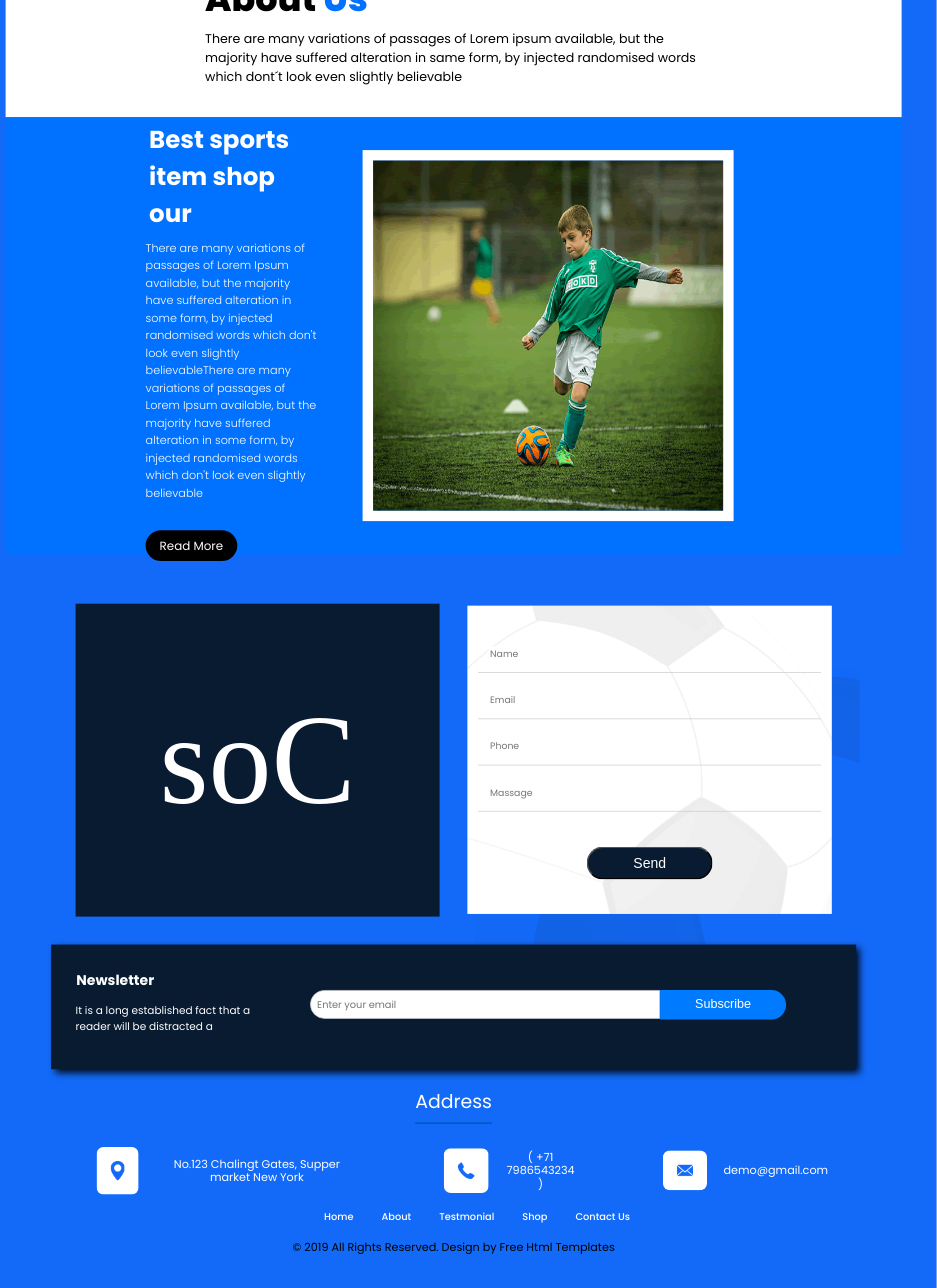
Repository: Vinicius9922/Projeto-Web
Page: index.html
The author's editor kept a copy of each file at every save. The page is drawn from the files as they stood at one save, then again after a run of saves.
The browser window is 1280 px wide. The page is 1338 px wide, so the pictures cover 1338 px, including what lies to the right of the window. The pictures show the part of the page from y = 1959 to 3799 px (the page is 3799 px tall), at 70% of full size.

Above is the page before, as saved 2024-12-13 20:19:25.

### index.html
<!DOCTYPE html>
<html>

<head>
    <meta charset="UTF-8">
    <meta name="viewport" content="width=device-width, initial-scale=1.0">
    <link rel="stylesheet" href="index.css">
    <link rel="preconnect" href="https://fonts.googleapis.com">
    <link rel="preconnect" href="https://fonts.gstatic.com" crossorigin>
    <link
        href="https://fonts.googleapis.com/css2?family=Lora:ital,wght@0,400..700;1,400..700&family=Poppins:ital,wght@0,100;0,200;0,300;0,400;0,500;0,600;0,700;0,800;0,900;1,100;1,200;1,300;1,400;1,500;1,600;1,700;1,800;1,900&display=swap"
        rel="stylesheet">
    <title>Index</title>
</head>

<body class="main-layout">
    <header>
        <div class="header">
            <div class="container">
                <div class="logo"><img src="img/logo.png" alt="logo"></div>
                <div class="navBar">
                    <nav>
                        <ul class="menuNav">
                            <li>HOME</li>
                            <li>ABOUT</li>
                            <li>TESTMONIAL</li>
                            <li>SHOP</li>
                            <li>CONTACT US</li>
                            <li><img id="lupa" src="img/search_icon.png"></li>
                        </ul>
                    </nav>
                </div>
            </div>
        </div>
    </header>
    <section>
        <div class="container">
            <div class="carroussel">
                <div class="textCarroussel">
                    <h1>Welcome to <strong class="color">Our Shop</strong></h1>
                    <p>There are many variations of passages of Lorem Ipsum available, but the majority have
                        suffered
                        alteration in some form, by injected humour</p>
                    <button class="botao-carrossel">Buy Now</button>
                    <button class="botao-carrossel">About</button>
                </div>
            </div>
            <div class="img-carroussel">
                <div>
                    <figure><img id="img-carroussel" src="img/boksing-gloves.png" alt="img" /></figure>
                </div>
            </div>
        </div>
    </section>

    <!-- aaaaaaaaaaaaaaa -->

    <div class="parte branca">
        <h1>Our <span>Products</span></h1>
        <p>There are many variations of passages of Lorem ipsum available, but the majority have suffered alteration in
            some form, by injected randomised words wich don't look even slightly believable</p>
    </div>

    <div class="container3">

        <div class="imagem1">
            <img src="img/basketball.png" alt="bola">
            <p>$<span class="valor">50</span></p>
            <p class="p1">Basket ball</p>
        </div>
        <div class="imagem2">
            <img src="img/t-shirt.png" alt="camiseta">
            <p>$<span class="valor">50</span></p>
            <p class="p1">T-shirt</p>
        </div>
        <div class="imagem3">
            <img src="img/game.png" alt="game">
            <p>$<span class="valor">50</span></p>
            <p class="p1">Game</p>
        </div>
        <div class="imagem4">
            <img src="img/basketball.png" alt="bola">
            <p>$<span class="valor">50</span></p>
            <p class="p1">Basket ball</p>
        </div>
        <div class="imagem5">
            <img src="img/t-shirt.png" alt="camiseta">
            <p>$<span class="valor">50</span></p>
            <p class="p1">T-shirt</p>
        </div>
        <div class="imagem6">
            <img src="img/game.png" alt="game">
            <p>$<span class="valor">50</span></p>
            <p class="p1">game</p>
        </div>

    </div>
    <div class="branca2">
        <h1> About <span>Us</span></h1>
        <p>There are many variations of passages of Lorem ipsum available, but the majority have suffered alteration in
            same form, by injected randomised words which dont´t look even slightly believable</p>
    </div>

    <div class="shield">
        <div class="texto-shield">
            <h1 class="textobranco">Best sports item shop our</h1>
            <p class="p2">There are many variations of passages of Lorem Ipsum available, but the majority have suffered
                alteration in some form, by injected randomised words which don't look even slightly believableThere are
                many variations of passages of Lorem Ipsum available, but the majority have suffered alteration in some
                form, by injected randomised words which don't look even slightly believable</p>

            <div class="btn_main">
                <a class="botao" href="#" role="button">Read More</a>
            </div>
        </div>
        <div class="child">
            <figure><img src="img/child-image.png">
            </figure>
        </div>
    </div>

    <!-- aaaaaaaaaaaaaaaaaaaa -->

    <div class="container2">
        <div class="formulario">
            <div class="box-left">
                <div class="soc">soC</div>
            </div>
            <div class="box-right">
                <form>
                    <div class="grupo-form">
                        <input type="text" class="form" placeholder="Name" name="Name">
                    </div>
                    <div class="grupo-form">
                        <input type="email" class="form" placeholder="Email" name="Email">
                    </div>
                    <div class="grupo-form">
                        <input type="text" class="form" placeholder="Phone" name="Phone">
                    </div>
                    <div class="grupo-form">
                        <input type="text" class="form" placeholder="Massage" name="mensagem">
                    </div>
                    <div class="send-button">
                        <button type="submit" class="botao-env">Send</button>
                    </div>
                </form>
            </div>
        </div>
        <div class="box-down">
            <div class="text-news">
                <h2 class="Newsletter">Newsletter</h2>
                <p class="text-newsletter">It is a long established fact that a reader will be distracted a</p>
            </div>
            <div class="email-news">
                <input type="email" class="news-email" placeholder="Enter your email" name="Email">
            </div>
            <div class="Subscribe">
                <button class="subs-button" type="Subscribe">Subscribe</button>
            </div>
        </div>



        <div class="footer">
            <div>
                <div>
                    <div>
                        <div class="titulo">
                            <h2 class="titulo_texto">Address</h2>
                        </div>
                    </div>
                </div>
            </div>
            <div class="endereco">
                <div>
                    <div class="icones">
                        <div class="site_info">
                            <div class="img-icon">
                                <span class="info_icon"><img src="img/map-icon.png" /></span>
                            </div>
                            <span>No.123 Chalingt Gates, Supper market New York</span>
                        </div>
                    </div>
                    <div class="icones">
                        <div class="site_info">
                            <div class="img-icon">
                                <span class="info_icon"><img src="img/phone-icon.png" /></span>
                            </div>
                            <span>( +71 7986543234 )</span>
                        </div>
                    </div>
                    <div class="icones">
                        <div class="site_info">
                            <div class="img-icon">
                                <span class="info_icon"><img src="img/email-icon.png" /></span>
                            </div>
                            <span>demo@gmail.com</span>
                        </div>
                    </div>
                </div>
            </div>

            <div class="menu_main">
                <div class="menu_text">
                    <ul>
                        <li>Home</li>
                        <li>About</li>
                        <li>Testmonial</li>
                        <li>Shop</li>
                        <li>Contact Us</li>
                    </ul>
                </div>
            </div>
        </div>
        <div class="last-info">
            <div class="trademark">
                <p>© 2019 All Rights Reserved. Design by Free Html Templates</p>
            </div>
        </div>
    </div>

</body>

</html>

### index.css
@import url('https://fonts.googleapis.com/css2?family=Lora:ital,wght@0,400..700;1,400..700&family=Poppins:ital,wght@0,100;0,200;0,300;0,400;0,500;0,600;0,700;0,800;0,900;1,100;1,200;1,300;1,400;1,500;1,600;1,700;1,800;1,900&display=swap');

body {
    width: 100%;
    font-family: Poppins, normal;
    background-color: #136af8;
    background: linear-gradient(to bottom, #136af8 90%, #081b30 90%, #081b30 90%, #136af8 90% );
}

header {
    background-color: #136af8;
    padding: 0px;
}

.container {
    display: flex;
    align-items: center;
    justify-content: space-between;
    margin: 40px 200px;
}

li:hover {
    text-decoration: underline;
    cursor: pointer;
    font-weight: bolder;
}

ul {
    color: white;
    list-style-type: none;
    display: flex;
    margin: 0;
    padding: 0;
    gap: 40px;
    font-weight: 500;
}

#lupa {
    margin-left: 20px;
}

.logo {
    margin-left: 60px;
}

section {
    background-color: #136af8;
    display: flex;
}

.textCarroussel {
    text-align: left;
    margin-left: 60px;
    padding-left: 15px;
}

.textCarroussel p,
strong {
    color: white;
}

.color {
    font-weight: bolder;
}

.textCarroussel h1 {
    font-family: Poppins;
    font-weight: bold;
    font-size: 65px;
    line-height: 74px;
    color: #081b30;
}

.textCarroussel p {
    font-size: 16px;
}

button {
    min-width: 180px;
    color: white;
    background-color: #081b30;
    padding: 10px 50px;
    border-radius: 30px;
    display: inline-block;
    font-size: 20px;
    margin-top: 40px;
    cursor: pointer;
}

button:hover {
    background-color: #032b58;
}

button+button {
    margin-left: 15px;
}

#img-carroussel {
    max-width: 110%;
    height: auto;
    display: block;
}


.parte.branca {
    background-color: white;
    text-align: center;
    padding: 40px 280px;
}

.parte.branca h1 {
    font-size: 50px;
    color: black;
    text-align: left;
    font-weight: 800;
    margin: 5px;
}

.parte.branca h1 span {
    color: #0072ff;

}

.parte.branca p {
    font-size: 18px;
    margin-top: 10px;
    text-align: left;
    font-weight: 400;
    margin: 5px;
}

/* Grade de produtos */
.container3 {
    display: grid;
    grid-template-columns: repeat(3, 1fr);
    gap: 20px;
    column-gap: 30px;
    padding-left: 250px;
    padding-right: 250px;
    padding-top: 40px;
    padding-bottom: 40px;
    background-color: #001f3f;
}


.container3 div {
    text-align: center;
    background-color: white;
    padding: 20px;
    box-shadow: 0 5px 10px rgba(0, 0, 0, 0.1);
}

.container3 img {
    width: 300px;
    height: 300px;
    margin-bottom: 10px;
}

.container3 div .valor {
    margin: 5px 0;
    font-size: 26px;
    color: #0072ff
}

.container3 div p {
    font-size: 26px;
    color: black;
    margin: 3px;
}

/* Sessão "About Us" */
.branca2 {
    background-color: white;
    text-align: left;
    padding: 40px 280px;
}

.branca2 h1 {
    font-size: 50px;
    color: black;
    text-align: left;
    font-weight: 800;
    margin: 5px;
}

.branca2 h1 span {
    color: #0072ff;
}

.branca2 p {
    font-size: 18px;
    margin-top: 10px;
    text-align: left;
    font-weight: 400;
    margin: 5px;
}

/* Sessão "Best sports item shop our" */
.shield {
    display: flex;
    justify-content: space-between;
    align-items: center;
    background-color: #0072ff;
    color: white;
    padding-left: 200px;
    padding-right: 200px;
    gap: 20px;
}

.texto-shield {
    text-align: left;
}

.shield h1 {
    font-size: 35px;
    color: rgb(255, 255, 255);
    text-align: left;
    font-weight: 700;
    margin: 5px;
}

.shield .p2 {
    font-size: 16px;
    margin-top: 10px;
    text-align: left;
    font-weight: 300;
    margin-bottom: 50px;
}

.btn_main .botao {
    text-decoration: none;
    background-color: black;
    color: white;
    padding: 10px 20px;
    border-radius: 30px;
    font-size: 17px;
    transition: 0.5s ease, color 0.4s ease 0.1s;
}

.botao:hover {
    background-color: #fbfbfb;
    color: black;
}

.child {
    margin: 0px;
}

.child img {
    height: 500px;
    width: 500px;
    display: flex;
    border: 15px solid #fff;
}

.container2 {
    display: flex;
    align-items: center;
    justify-content: space-between;
    margin: 30px 100px;
    flex-direction: column;
}

.formulario {
    flex: auto;
    display: flex;
    justify-content: space-between;
    align-items: center;
    border-radius: 10px;
    padding: 40px;
    justify-content: center;
    gap: 40px;
    background-image: url('img/contact-banner.png');
}

.grupo-form {
    width: 100%;
    padding: 15px;
    margin-bottom: 10px;
    border-bottom: 1px solid #ccc;
}

form {
    display: flex;
    flex-direction: column;
    align-items: center;
    width: 460px;
    height: 360px;
}

.form {
    border: none;
    width: 100px;
    margin: 0px;
}

.box-left {
    background-color: #081b30;
    color: white;
    text-align: center;
    font-family: apple;
    font-size: 180px;
    padding: 10% 10%;
    padding: 120px;
}

.box-right {
    height: auto;
    background-color: #f2f2f2;
    background-image: url('img/boll_bg.png');
    padding: 40px 30px;
}

.box-left,
.box-right {
    width: 50%;
}

input {
    border: none;
    outline: none;
    width: 100%;
}

input,
textarea {
    font-family: Poppins, normal;
    color: #a4a0a0;
    width: 100%;
}

.box-down {
    display: flex;
    align-items: row;
    background-color: #081b30;
    color: white;
    width: 1150px;
    box-shadow: 5px 5px 10px 0 rgba(0, 0, 0, 0.9);
}

.text-news {
    display: flex;
    flex-direction: column;
    max-width: 300px;
    padding-left: 35px;
    font-size: 12px;
    padding: 35px;
}

.Newsletter {
    margin: 1px;
    font-size: 20px;
}

.text-newsletter {
    font-size: 15px;
}

.email-news {
    display: flex;
    align-items: center;
    height: 172px;
}

.Subscribe {
    display: flex;
    align-items: center;
    height: 132px;
}

.news-email {
    padding: 9px;
    font-size: 14px;
    border: 1px solid #ccc;
    border-radius: 25px 0 0 25px;
    width: 500px;
    height: 41px;
    box-sizing: border-box;
}

.subs-button {
    font-size: 18px;
    color: white;
    background-color: #007BFF;
    border: none;
    border-radius: 0 25px 25px 0;
    cursor: pointer;
    height: 42px;

}

.subs-button:hover {
    background-color: #0056b3;
}


.footer{
    font-size: 18px;
    margin-top: 10px;
    text-align: center;
    font-weight: 400;
    margin: 5px;
}

.titulo_texto{
    color:white;
    text-decoration-line: underline;
    text-decoration-color: #0056b3;
    text-underline-offset: 20px;
    font-weight:400;
}

.endereco > div {
    display: flex;
    gap: 100px;
    align-items: center;
}

.icones {
    display: flex;
    align-items: center;
    gap: 10px;
    color:white;
}

.info_icon img {
    width: auto;
    height: auto;
    background-color:white;
    border-radius: 10px;
    padding: 20px;
    display: block;
}

.site_info {
    display: flex;
    align-items: center;
}

.site_info span {
    line-height: 1.2;
    font-size: 16px;

}
.img-icon {
    display: flex;
    align-items: center;
    justify-content: center;
    width: 50px;
    height: 50px;
    background-color: white;
    border-radius: 10px;
    margin:30px;
}

.menu_text ul{
    font-size: 14px;
    text-align: center;
    padding:0px 00px 0px 350px;
    align-items:center;
}

.menu_text li:hover{
    color:#0072ff;
    cursor: pointer;
    text-decoration:none;
}
.last-info{
   /*  background-color:#136af8;
    height: 100%; */
}

After the next 2 saves:
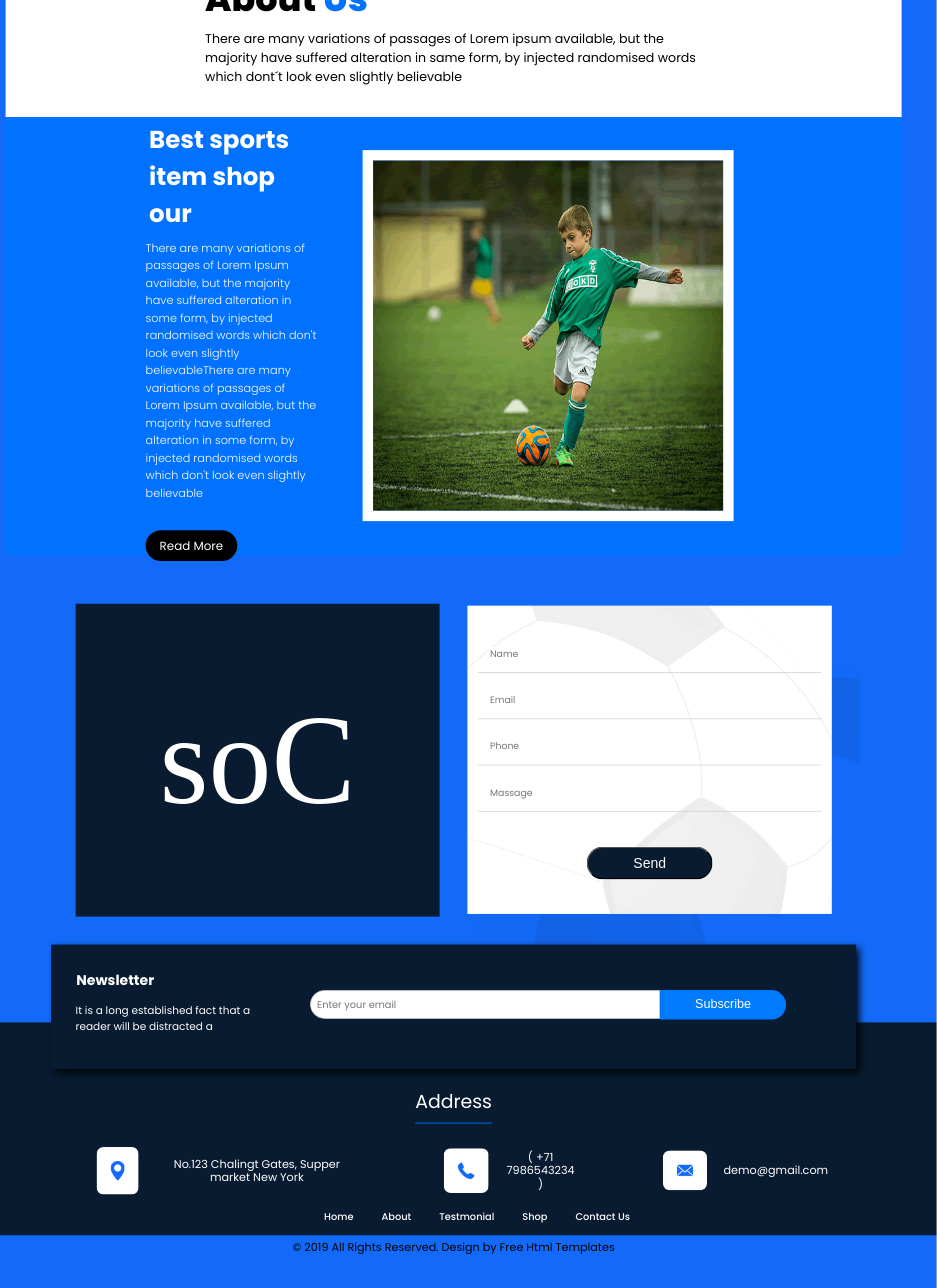
The 2 saves are shown as one change because they came seconds apart.
The last was saved 8 s later.
--- a/index.css
+++ b/index.css
@@ -4,7 +4,7 @@
     width: 100%;
     font-family: Poppins, normal;
     background-color: #136af8;
-    background: linear-gradient(to bottom, #136af8 90%, #081b30 90%, #081b30 90%, #136af8 90% );
+    background: linear-gradient(to bottom, #136af8 90%, #081b30 90%, #081b30 98%, #136af8 98% );
 }
 
 header {
